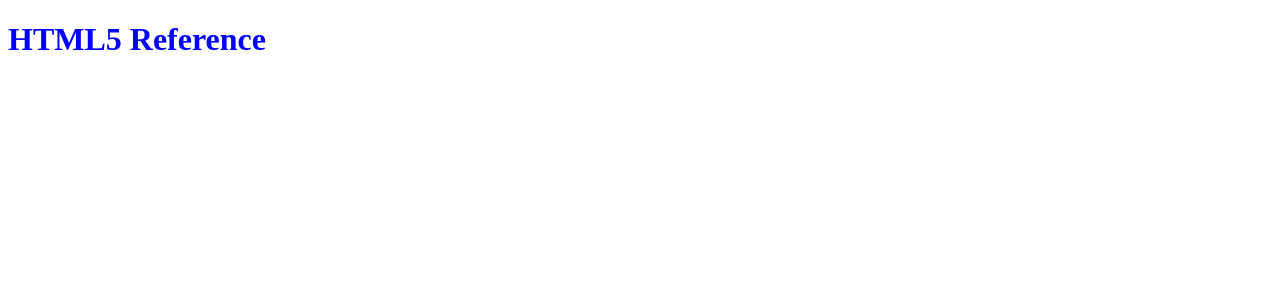
Repository: sujin9335/Front-end
Page: ClientTest/src/main/webapp/html/문제/5.html
These files come from the project's save history. The page is drawn as it stood at one moment and after the next save; the edit follows.
The browser window is 1280 px wide. The pictures show the whole page.

Above is the page before, as saved 2023-09-20 03:46:29.

After the next save:
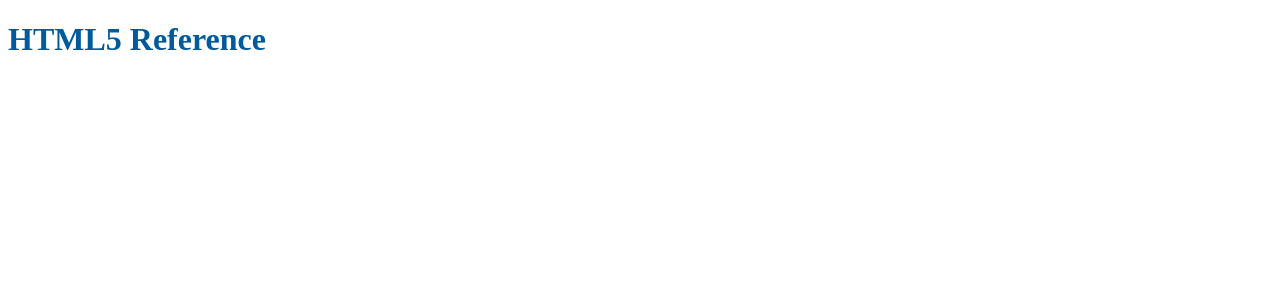
Saved 31 s later.
--- a/ClientTest/src/main/webapp/html/문제/5.html
+++ b/ClientTest/src/main/webapp/html/문제/5.html
@@ -6,7 +6,7 @@
 </head>
 <body>
 
-<h1><font color="blue">HTML5 Reference</font></h1>
+<h1><font color="#005A9C">HTML5 Reference</font></h1>
 
 
 </body>
